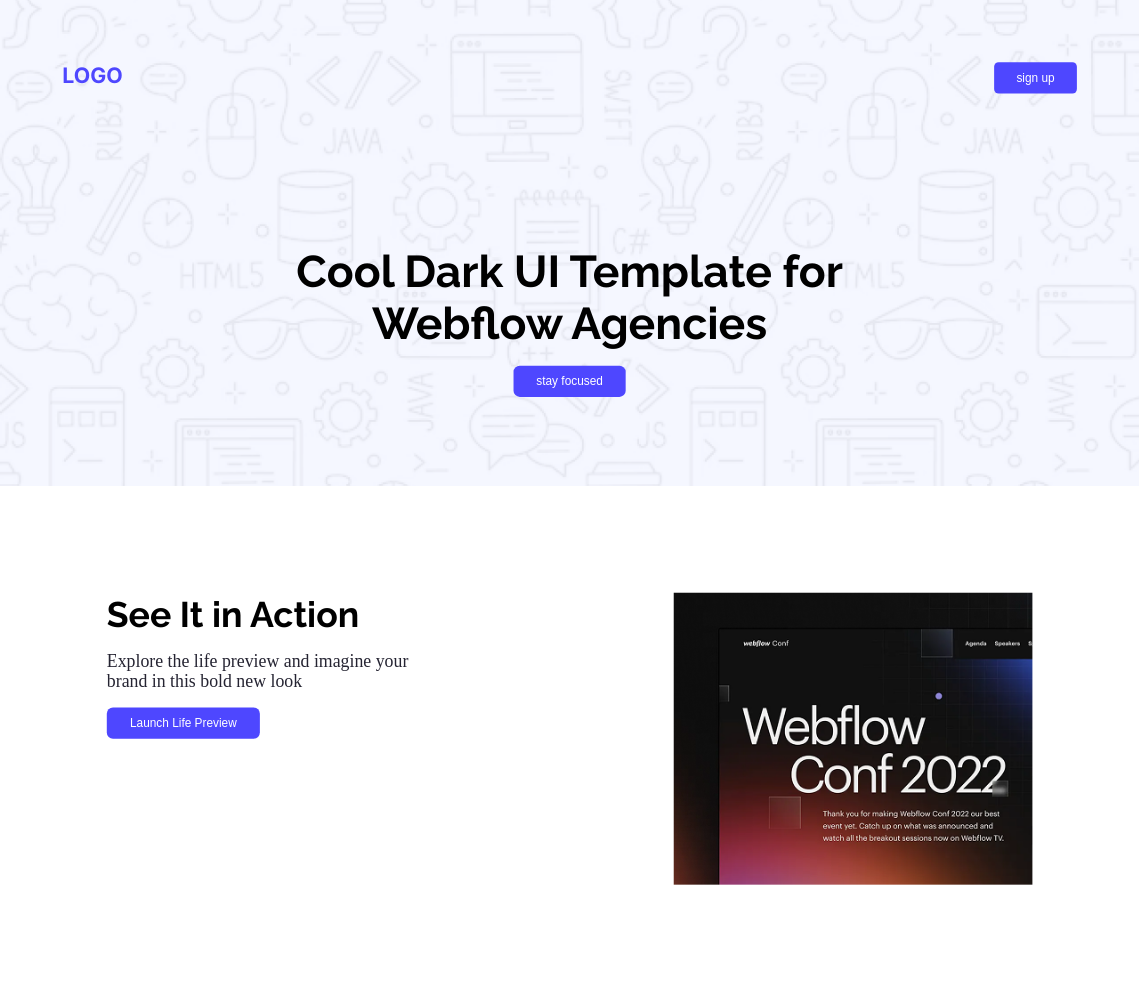
Repository: dollyrakhe22/landing-launchpad
Page: index.html
The author's editor kept a copy of each file at every save. The page is drawn from the files as they stood at one save, then again after the next save.
The browser window is 1280 px wide. The pictures show the whole page, at 89% of full size.

Above is the page before, as saved 2025-07-11 00:30:14.

After the next save:
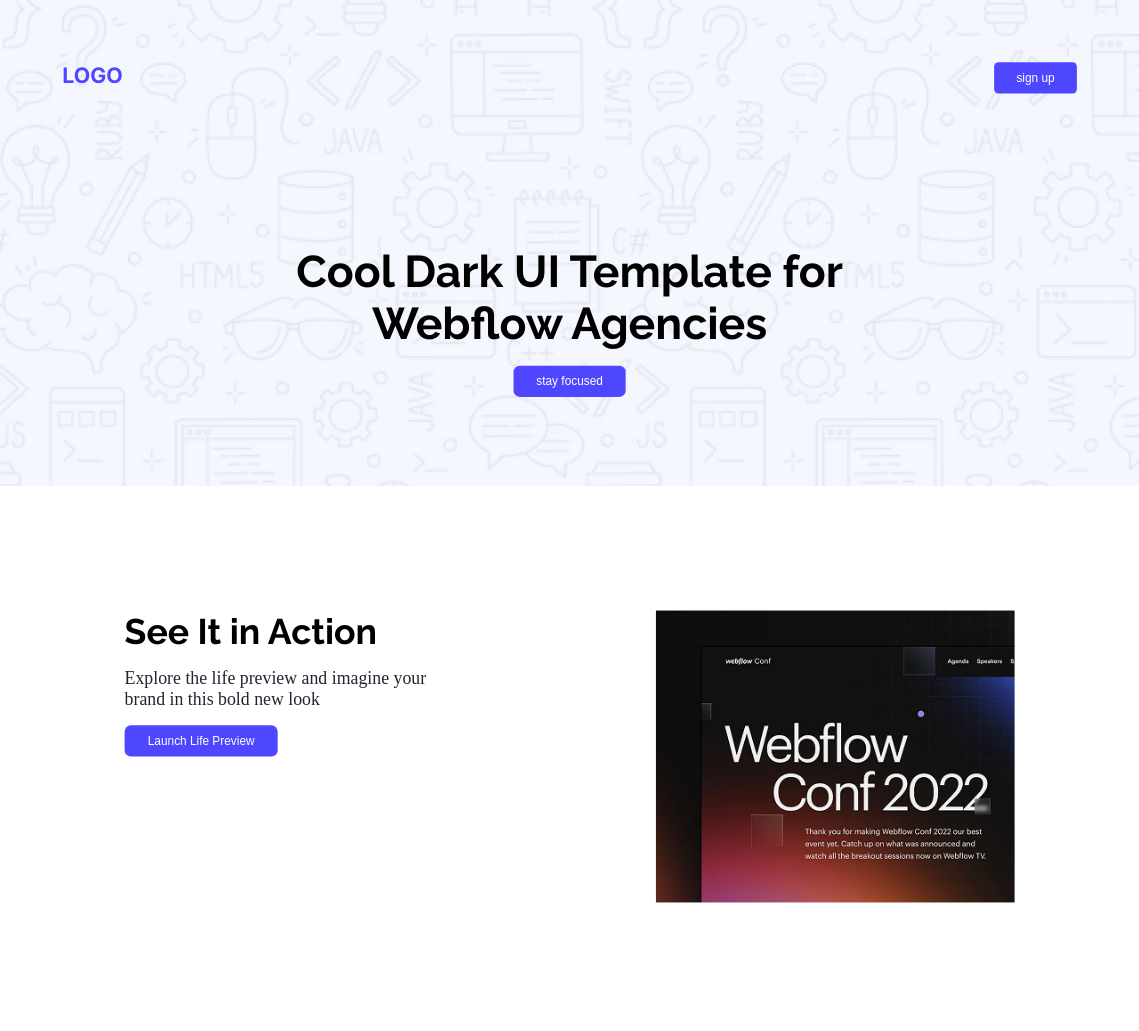
Saved 2 min 9 s later.
--- a/style.css
+++ b/style.css
@@ -63,7 +63,7 @@
     display: flex;
     justify-content: space-between;
     padding: 70px;
-    margin: 50px;
+    margin: 70px;
 }
 .section-1 h3{
     font-size: 40px;
